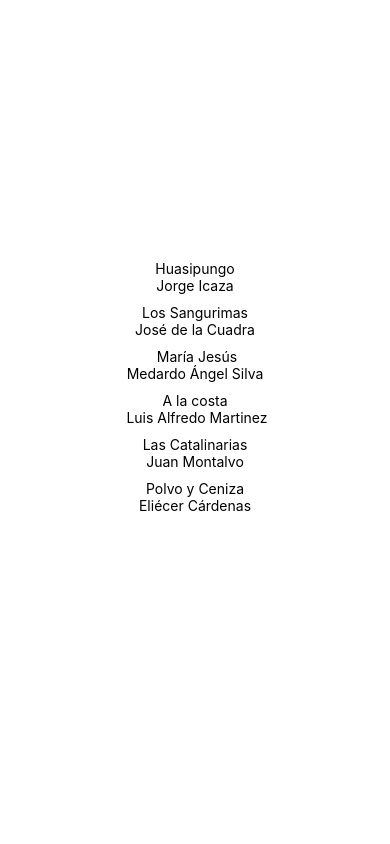
Repository: Henrybaio24/app-lista-libros
Screen: /
The author's editor kept a copy of each file at every save. The screen is drawn from the files as they stood at one save, then again after a run of saves.
The app was drawn by React Native's web renderer in a window 390 px wide. The project was rebuilt for these pictures with package versions that can differ from the ones it lists, and the page was loaded fresh each time.

Above is the screen before, as saved 2020-02-03 20:14:21.

After the next 2 saves:
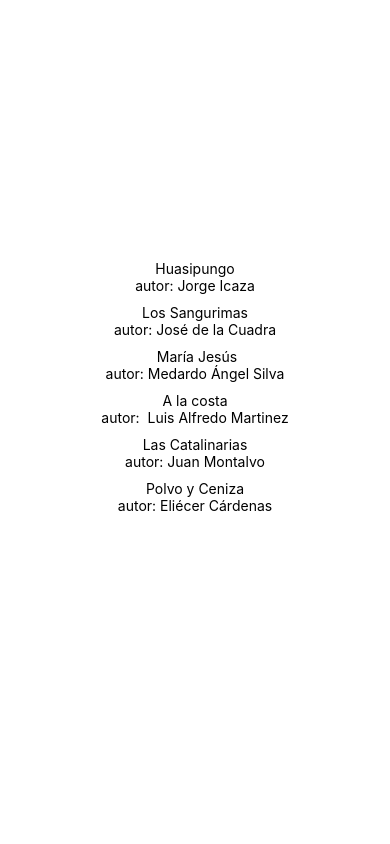
The 2 saves are shown as one change because they came seconds apart.
The last was saved 26 s later.
--- a/App.js
+++ b/App.js
@@ -26,7 +26,7 @@ export default class EventList extends Component {
         renderItem={ ({ item }) =>
           <View style={styles.container}>
             <Text>{ item.nombre }</Text>
-            <Text>{ item.autor }</Text>
+            <Text>autor: { item.autor }</Text>
           </View>
         }
         keyExtractor={ item => item.id }
